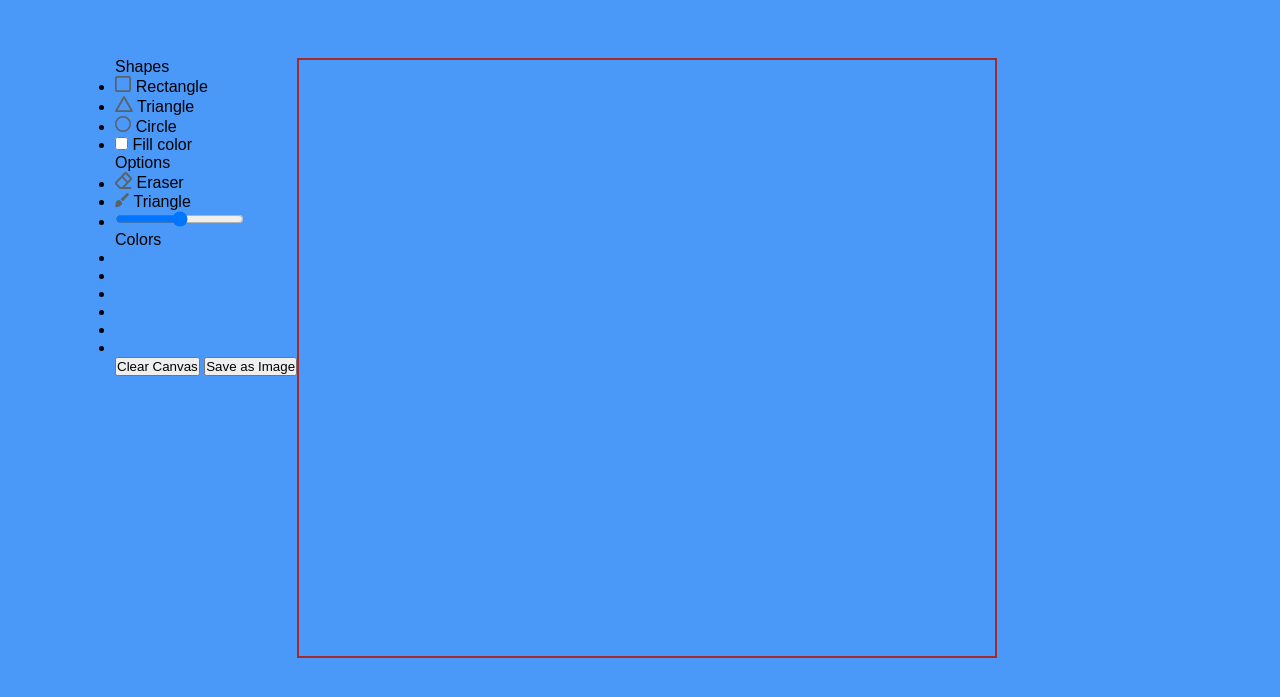
Repository: mdsajib50/Drawing-app
Page: index.html
An editor plug-in stored every save of this project. The page is shown before and after the next save, followed by the edit.
The browser window is 1280 px wide. The pictures show the whole page.

Above is the page before, as saved 2025-02-17 21:33:18.

### index.html
<!DOCTYPE html>
<html lang="en">
<head>
    <meta charset="UTF-8">
    <meta name="viewport" content="width=device-width, initial-scale=1.0">
    <link rel="stylesheet" href="style.css">
    <title>Drawing App</title>
</head>
<body>
    <div class="container">
        <aside>
            <div class="row">
                <label for="" class="title">Shapes</label>
               <ul class="options">
                <li class="option">
                    <img src="icons/icons/rectangle.svg" alt="">
                    <span>Rectangle</span>
                </li>
                <li class="option">
                    <img src="icons/icons/triangle.svg" alt="">
                    <span>Triangle</span>
                </li>
                <li class="option">
                    <img src="icons/icons/circle.svg" alt="">
                    <span>Circle</span>
                </li>
                <li class="option">
                    <input type="checkbox" name="" id="">
                    <label for="">Fill color</label>
                </li>
               </ul>
            </div>
            <div class="row">
                <label for="" class="title">Options</label>
               <ul class="options">
                <li class="option">
                    <img src="icons/icons/eraser.svg" alt="">
                    <span>Eraser</span>
                </li>
                <li class="option">
                    <img src="icons/icons/brush.svg" alt="">
                    <span>Triangle</span>
                </li>
                <li class="option">
                    <input type="range" name="" id="size-slider">
                </li>
               </ul>
            </div>
            <div class="row">
                <label for="" class="title">Colors</label>
               <ul class="colors">
                <li class="option"></li>
                <li class="option"></li>
                <li class="option"></li>
                <li class="option"></li>
                <li class="option"></li>
                <li class="option"></li>
               </ul>
            </div>
            <div class="row">
               <button class="clear-canvas" type="button">Clear Canvas</button>
               <button class="save-image" type="button">Save as Image</button>
            </div>
        </aside>
        <div>
            <canvas id="mycanvas"></canvas>
        </div>
    </div>
    <script src="script.js"></script>
</body>
</html>

### style.css
*{
    margin: 0;
    padding: 0;
    box-sizing: border-box;
    font-family: 'Poppins', sans-serif;
}

body{
    display: flex;
    justify-content: center;
    align-items: center;
    min-height: 100vh;
    background-color: #4A98F7;
}
.container{
    display: flex;
    width: 100%;
    max-width: 1050px;
}
canvas{
    width: 700px;
    height: 600px;
    border: 2px solid brown;
}

### script.js
const drawing = document.getElementById('myCanvas');

After the next save:
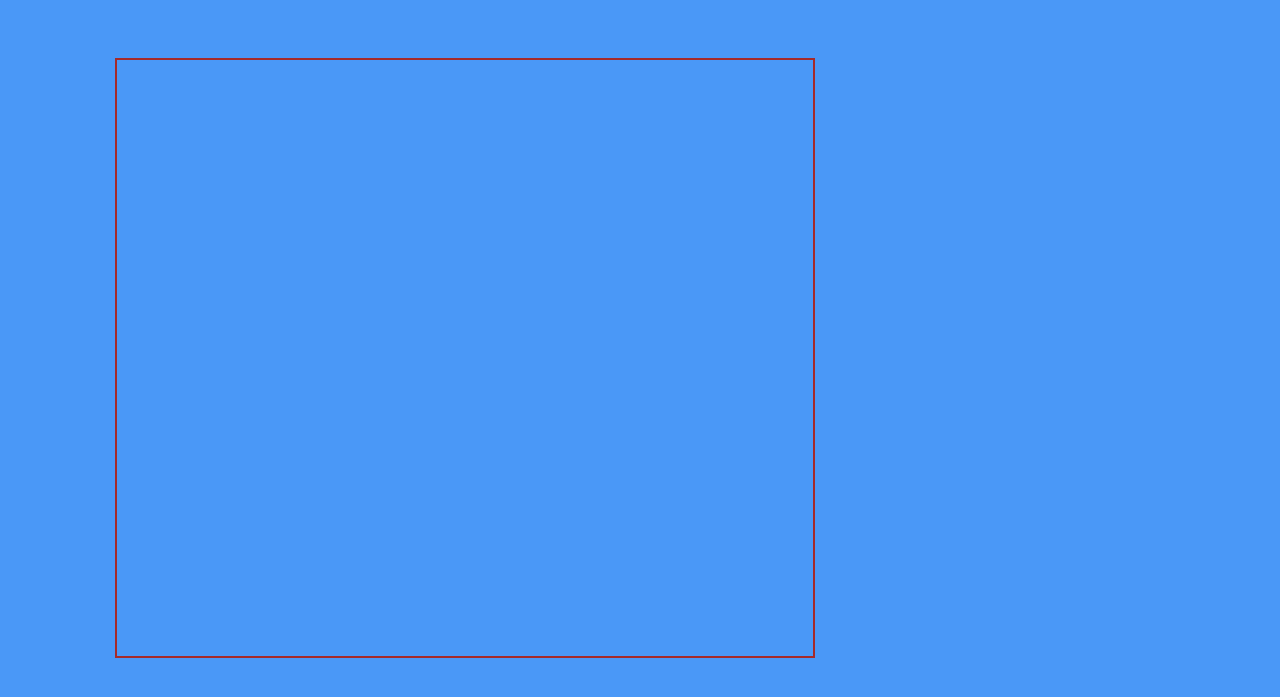
Saved 41 s later.
--- a/index.html
+++ b/index.html
@@ -8,60 +8,7 @@
 </head>
 <body>
     <div class="container">
-        <aside>
-            <div class="row">
-                <label for="" class="title">Shapes</label>
-               <ul class="options">
-                <li class="option">
-                    <img src="icons/icons/rectangle.svg" alt="">
-                    <span>Rectangle</span>
-                </li>
-                <li class="option">
-                    <img src="icons/icons/triangle.svg" alt="">
-                    <span>Triangle</span>
-                </li>
-                <li class="option">
-                    <img src="icons/icons/circle.svg" alt="">
-                    <span>Circle</span>
-                </li>
-                <li class="option">
-                    <input type="checkbox" name="" id="">
-                    <label for="">Fill color</label>
-                </li>
-               </ul>
-            </div>
-            <div class="row">
-                <label for="" class="title">Options</label>
-               <ul class="options">
-                <li class="option">
-                    <img src="icons/icons/eraser.svg" alt="">
-                    <span>Eraser</span>
-                </li>
-                <li class="option">
-                    <img src="icons/icons/brush.svg" alt="">
-                    <span>Triangle</span>
-                </li>
-                <li class="option">
-                    <input type="range" name="" id="size-slider">
-                </li>
-               </ul>
-            </div>
-            <div class="row">
-                <label for="" class="title">Colors</label>
-               <ul class="colors">
-                <li class="option"></li>
-                <li class="option"></li>
-                <li class="option"></li>
-                <li class="option"></li>
-                <li class="option"></li>
-                <li class="option"></li>
-               </ul>
-            </div>
-            <div class="row">
-               <button class="clear-canvas" type="button">Clear Canvas</button>
-               <button class="save-image" type="button">Save as Image</button>
-            </div>
-        </aside>
+
         <div>
             <canvas id="mycanvas"></canvas>
         </div>
